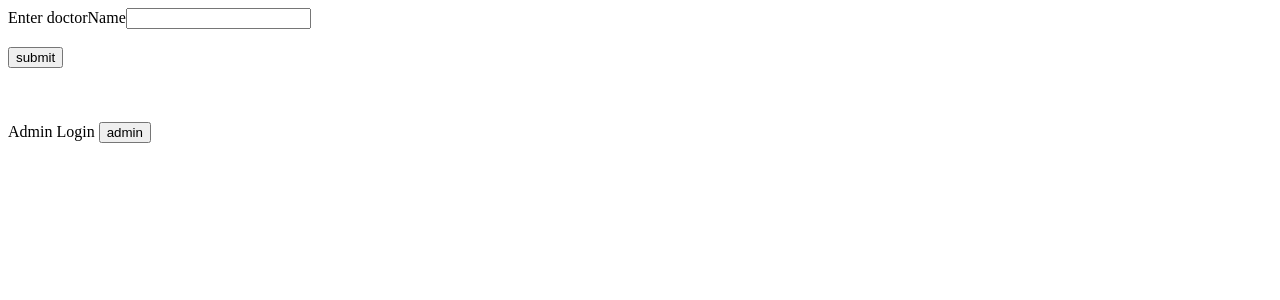
Repository: Kavya-C1/eclipsejava
Page: http://localhost/DoctorAppMaven/
An editor plug-in stored every save of this project. The page is shown before and after the next save, followed by the edit.
The browser window is 1280 px wide. The pictures show the whole page.
The page is served by Tomcat 9. Other server files are loaded and not shown.

Above is the page before, as saved 2024-03-15 07:17:26.

### DoctorAppMaven/src/main/webapp/index.jsp
<%@ page language="java" contentType="text/html; charset=ISO-8859-1"
    pageEncoding="ISO-8859-1"%>
<!DOCTYPE html>
<html>
<head>
<meta charset="ISO-8859-1">
<title>Insert title here</title>
</head>
<body>

<form action="loginServlet">
Enter doctorName<input type="text" name="doctorName"><br><br>
<input type="submit" value="submit">

<br><br><br><br>


Admin Login
<input type="submit" value="admin">
</form>

</body>
</html>

After the next save:
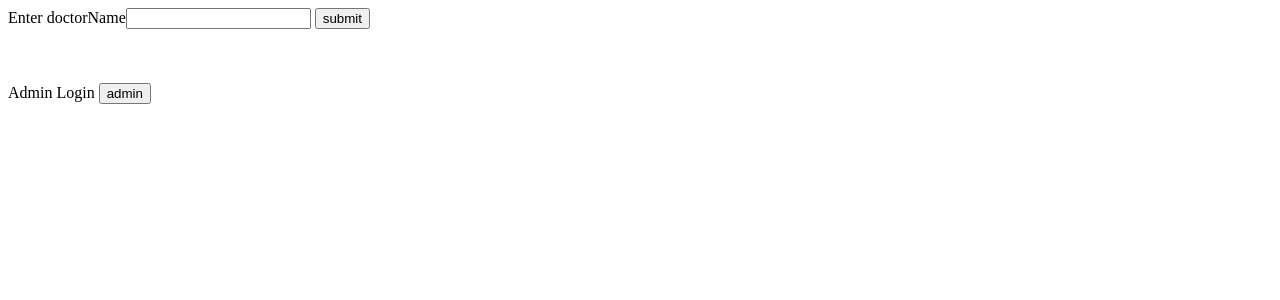
Saved 9 s later.
--- a/DoctorAppMaven/src/main/webapp/index.jsp
+++ b/DoctorAppMaven/src/main/webapp/index.jsp
@@ -9,7 +9,7 @@
 <body>
 
 <form action="loginServlet">
-Enter doctorName<input type="text" name="doctorName"><br><br>
+Enter doctorName<input type="text" name="doctorName">
 <input type="submit" value="submit">
 
 <br><br><br><br>
